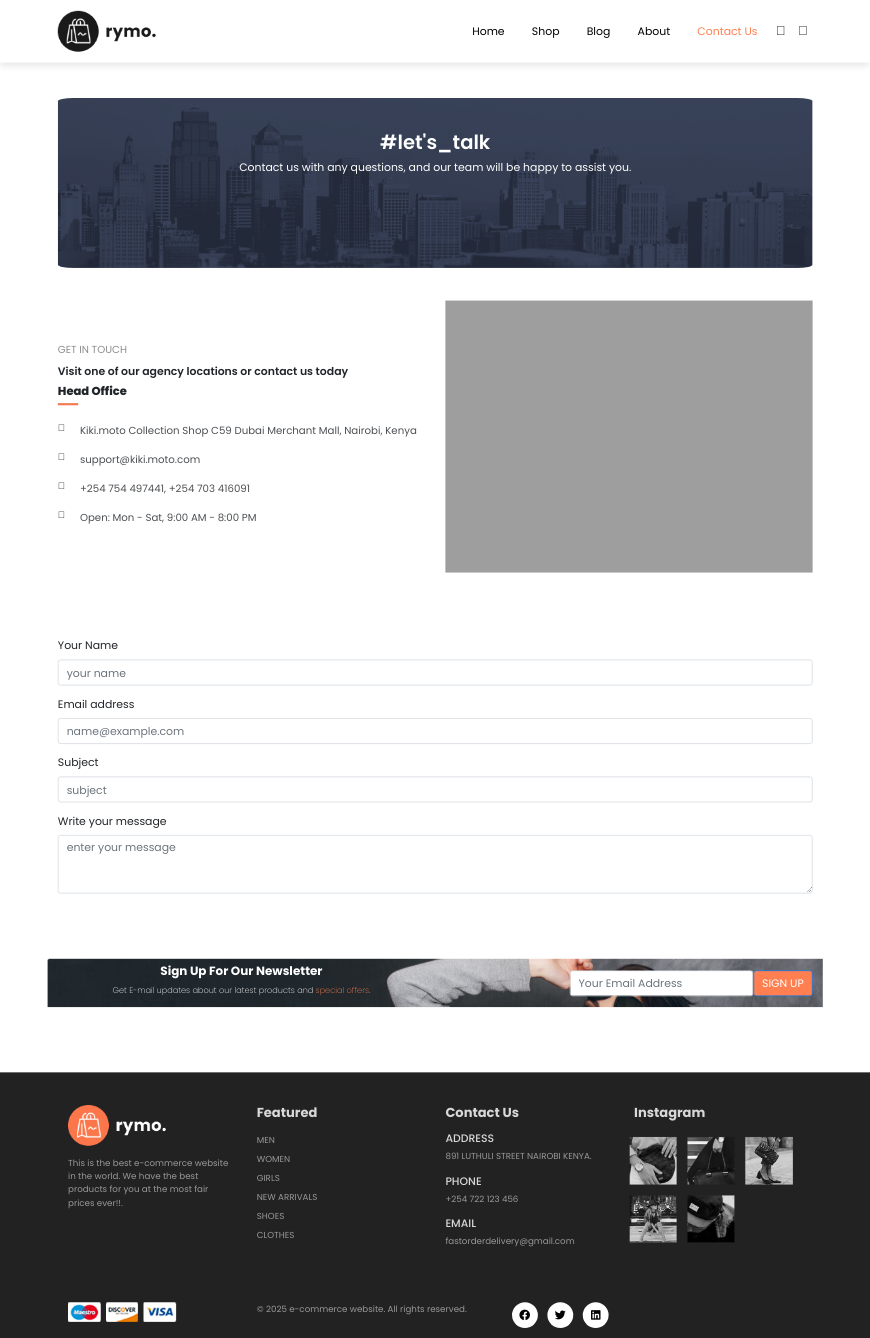
Repository: peter417waweru/e-commerce-UI
Page: contact.html
An editor plug-in stored every save of this project. The page is shown before and after the next save, followed by the edit.
The browser window is 1280 px wide. The pictures show the whole page, at 68% of full size.
Pictures or frames that could not be fetched are drawn as grey boxes. Some web libraries are served in a nearby version.

Above is the page before, as saved 2025-02-10 00:58:29.
Console error: TypeError: Cannot set properties of undefined (setting 'onclick')

### contact.html
<!DOCTYPE html>
<html lang="en">
    <head>

        <meta charset="UTF-8">
        <meta http-equiv="X-UA-Compatible" content="IE=edge">
        <meta name="viewport" content="width=device-width, initial-scale=1.0">
        <title>Ecommerce Website1</title>

        <link rel="stylesheet" href="https://cdn.jsdelivr.net/npm/bootstrap@4.1.3/dist/css/bootstrap.min.css"
        integrity="sha384-MCw98/SFnGE8fJT3GXwEOngsV7Zt27NXFoaoApmYm81iuXoPkFOJwJ8ERdknLPMO" crossorigin="anonymous">

        <link rel="stylesheet" href="https://pro.fontawesome.com/releases/v5.10.0/css/all.css" />

        <link rel="stylesheet" href="./style.css">
        <link rel="stylesheet" href="./about.css">
        <link rel="stylesheet" href="./contact.css">
    </head>

    <body>
        <nav class="navbar navbar-expand-lg navbar-light bg-white py-3 fixed-top">
            <div class="container">
              <img src="img/logo1.png" alt="">
              <button class="navbar-toggler" type="button" data-bs-toggle="collapse" data-bs-target="#navbarSupportedContent"
              aria-controls="navbarSupportedContent" aria-expanded="false" aria-label="Toggle navigation">
                <span><i id="bar" class="fas fa-bars"></i></span>
              </button>
              <div class="collapse navbar-collapse" id="navbarSupportedContent">
                <ul class="navbar-nav ml-auto">
                  <li class="nav-item">
                    <a class="nav-link " aria-current="page" href="#">Home</a>
                  </li>
                  <li class="nav-item">
                    <a class="nav-link" aria-current="page" href="shop.html">Shop</a>
                  </li>
                  <li class="nav-item">
                    <a class="nav-link" aria-current="page" href="#">Blog</a>
                  </li>
                  <li class="nav-item">
                    <a class="nav-link" aria-current="page" href="#">About</a>
                  </li>
                  <li class="nav-item">
                    <a class="nav-link active" aria-current="page" href="#">Contact Us</a>
                  </li>
                  <li class="nav-item">
                    <i class="fal fa-search"></i>
                    <i class="fal fa-shopping-bag"></i>
                  </li>


                </ul>

              </div>
            </div>
        </nav>

        <section id="page-header" class="container mt-5 pt-5">
           <div class="about-header">
            <h2 class="text-center mt-5 pt-5">#let's_talk</h2>
            <p class="text-center">Contact us with any questions, and our team will be happy to assist you.</p>
           </div>
        </section>

        <section id="contact-details" class="container mt-5">
            <div class="row d-flex align-items-center gap-4">
                <div class="details-side col-lg-6 col-md-6 col-12">
                    <span>GET IN TOUCH</span>
                    <h2>Visit one of our agency locations or contact us today</h2>
                    <h3>Head Office</h3>
                    <hr class="mt-1">
                    <li>
                        <i class="fal fa-map"></i>
                        <p>Kiki.moto Collection Shop C59
                            Dubai Merchant Mall, Nairobi, Kenya</p>
                    </li>
                    <li>
                        <i class="fal fa-envelope"></i>
                        <p>support@kiki.moto.com</p>
                    </li>
                    <li>
                        <i class="fal fa-phone-alt"></i>
                        <p>+254 754 497441,  +254 703 416091</p>
                    </li>
                    <li>
                        <i class="fal fa-clock"></i>
                        <p>Open: Mon - Sat, 9:00 AM - 8:00 PM</p>
                    </li>
                </div>
                <div class="map col-lg-6 col-md-6 col-12">
                    <iframe src="https://www.google.com/maps/embed?pb=!1m18!1m12!1m3!1d3988.
                    8308746660095!2d36.778592273500564!3d-1.2747547356105604!2m3!1f0!2f0!3f0!3m2!1i1024!2i768!4f13.1!3m3!1m2!1s0x182f1
                    9fd9b65c0ef%3A0xbac0db1b9cbf73e!2sArchives%20Tower%2C%20Nairobi!5e0!3m2!1ssw!2ske!4v1739129931160!5m2!1ssw!2ske" width="100%" height="350px" style="border:0;"
                     allowfullscreen="" loading="lazy" referrerpolicy="no-referrer-when-downgrade">
                    </iframe>
                </div>
            </div>
        </section>

        <section>
            <form action="" class="container my-5 pt-5">
                <div class="mb-3">
                    <label for="exampleFormControlInput1" class="form-label">Your Name</label>
                    <input type="email" class="form-control" id="exampleFormControlInput1" placeholder="your name">
                </div>
                <div class="mb-3">
                    <label for="exampleFormControlInput1" class="form-label">Email address</label>
                    <input type="email" class="form-control" id="exampleFormControlInput1" placeholder="name@example.com">
                </div>
                <div class="mb-3">
                    <label for="exampleFormControlInput1" class="form-label">Subject</label>
                    <input type="email" class="form-control" id="exampleFormControlInput1" placeholder="subject">
                </div>
                <div class="mb-3">
                    <label for="exampleFormControlTextarea1" class="form-label">Write your message</label>
                    <textarea class="form-control" id="exampleFormControlTextarea1" rows="3" placeholder="enter your message"></textarea>
                </div>
            </form>
        </section>

        <section id="newsletter" class="container py-5">
            <div class="row align-items-center text-center text-lg-start">
                <div class="col-lg-6 col-md-12">
                    <h4 class="mt-2">Sign Up For Our Newsletter</h4>
                    <p>Get E-mail updates about our latest products and <span>special offers</span>.</p>
                </div>
                <div class="col-lg-6 col-md-12">
                    <form class="d-flex justify-content-center justify-content-lg-end">
                        <input type="email" class="form-control w-50 me-2" placeholder="Your Email Address">
                        <button class="btn btn-primary">Sign Up</button>
                    </form>
                </div>
            </div>
        </section>

        <footer class="mt-5">
            <div class="row container mx-auto pt-5">
              <div class="footer-one col-lg-3 col-md-6 col-12">
                <img src="img/logo2.png" alt="">
                <p class="pt-3">This is the best e-commerce website in the world.
                   We have the best products for you at the most fair prices ever!!.</p>
              </div>
              <div class="footer-one col-lg-3 col-md-6 col-12">
                <h4 class="pb-2">Featured</h4>
                <ul class="text-uppercase list-unstyled">
                  <li><a href="#">men</a></li>
                  <li><a href="#">women</a></li>
                  <li><a href="#">girls</a></li>
                  <li><a href="#">new arrivals</a></li>
                  <li><a href="#">shoes</a></li>
                  <li><a href="#">clothes</a></li>
                </ul>
              </div>
              <div class="footer-one col-lg-3 col-md-6 col-12 mb-3">
                <h4 class="pb-2">Contact Us</h4>
                <div>
                  <h6 class="text-uppercase">Address</h6>
                <p>891 LUTHULI STREET NAIROBI KENYA.</p>
                </div>
                <div>
                  <h6 class="text-uppercase">Phone</h6>
                <p>+254 722 123 456</p>
                </div>
                <div>
                  <h6 class="text-uppercase">Email</h6>
                <p>fastorderdelivery@gmail.com</p>
                </div>
              </div>
              <div class="footer-one col-lg-3 col-md-6 col-12 mb-3">
                <h4 class="pb-2">Instagram</h4>
                <div class="row">
                  <img class="img-fluid w-25 h-100 m-2" src="img/insta/1.jpg" alt="">
                  <img class="img-fluid w-25 h-100 m-2" src="img/insta/2.jpg" alt="">
                  <img class="img-fluid w-25 h-100 m-2" src="img/insta/3.jpg" alt="">
                  <img class="img-fluid w-25 h-100 m-2" src="img/insta/4.jpg" alt="">
                  <img class="img-fluid w-25 h-100 m-2" src="img/insta/5.jpg" alt="">
                </div>
              </div>
            </div>
            <div class="copyright mt-5">
              <div class="row container mx-auto">
                <div class="col-lg-3 col-md-6 col-12 mb-4">
                  <img class="img-fluid" src="img/payment.png" alt="">
                </div>
                <div class="col-lg-4 col-md-6 col-12 text-nowrap mb-2">
                  <p>© 2025 e-commerce website. All rights reserved.</p>
                </div>
                <div class="col-lg-4 col-md-6 col-12">
                  <a href="#"><i class="fab fa-facebook"></i></a>
                  <a href="#"><i class="fab fa-twitter"></i></a>
                  <a href="#"><i class="fab fa-linkedin"></i></a>
                </div>
              </div>
            </div>
        </footer>
    </body>

    <script src="https://cdn.jsdelivr.net/npm/@popperjs/core@2.9.1/dist/umd/popper.min.js"
        integrity="sha384-SR1sx49pcuLnqZUnnPwx6FCym0wLsk5JZuNx2bPPENzswTNFaQU1RDvt3wT4gWFG"
        crossorigin="anonymous">
    </script>
    <script src="https://cdn.jsdelivr.net/npm/bootstrap@5.0.0-beta3/dist/js/bootstrap.min.js"
        integrity="sha384-j0CNLUeiqtyaRmlzUHCPZ+Gy5fQu0dQ6eZ/xAww941Ai1SxSY+0EQqNXNE6DZiVc"
        crossorigin="anonymous">
    </script>
    <script src="scripts.js"></script>
</html>

### style.css
@import url("https://fonts.googleapis.com/css2?family=Poppins:wght@100;200;300;400;500;600;700;800;900&display=swap");
* {
  margin: 0;
  padding: 0;
  box-sizing: border-box;
}

body {
  font-family: "Poppins", sans-serif;
}

h1 {
  font-size: 2.5rem;
  font-weight: 700;
}

h2 {
  font-size: 1.8rem;
  font-weight: 600;
}

h3 {
  font-size: 1.4rem;
  font-weight: 800;
}

h4 {
  font-size: 1.1rem;
  font-weight: 600;
}

h5 {
  font-size: 1rem;
  font-weight: 400;
  color: #1d1d1d;
}

h6 {
  color: #d8d8d8;
}

hr {
  width: 30px;
  height: 2px;
  background-color: #fb774b;
}

.star {
  padding: 10px 0;
}

.star i{
  font-size: 0.8rem;
  color: goldenrod;
}

button {
  font-size: 0.8rem;
  font-weight: 700;
  outline: none;
  border: none;
  background-color: #1d1d1d;
  color: aliceblue;
  padding: 13px 30px;
  cursor: pointer;
  text-transform: uppercase;
  transition: 0.3s ease;
}

button:hover {
  background-color: #3a3833;
}

hr {
  width: 30px;
  height: 2px;

}

.navbar {
  font-size: 16px;
  background-color: #d8d8d8;
  top: 0;
  left: 0;
  box-shadow: 0 5px 10px rgba(0, 0, 0, 0.1);
}

.navbar-light .navbar-nav .nav-link{
  padding: 0 20px;
  color: black;
  transition: 0.3s ease;
}

.navbar-light .navbar-nav .nav-link:hover,
.navbar i:hover,
.navbar-light .navbar-nav .nav-link.active,
.navbar i.active
{
  color: coral;
}



.navbar i{
  font-size: 1.2rem;
  padding: 0 7px;
  cursor: pointer;
  transition: 0.3s ease;
}

/* Mobile Nav*/


.navbar-light .navbar-toggler{
  border: none;
  outline: none;
}

#bar {
  font-size: 1.5rem;
  padding: 7px;
  cursor: pointer;
  font-weight: 500;
  color: black;
  transition: 0.3s ease;
}

#bar:hover,
#bar.active{
  color: #fff;
}

@media only screen and (max-width: 990px) {

  body > nav > div > button:hover ,
  body > nav > div > button:focus {
    background-color: #fb774b;
  }

  body > nav > div > button:hover #bar,
  body > nav > div > button:focus #bar {
    background-color: #fb774b;
  }

  #navbarSupportedContent > ul {
    margin: 1rem;
    justify-content: flex-end;
    align-items: flex-end;
    text-align: right;
  }

  #navbarSupportedContent > ul > li:nth-child(n) > a {
    padding: 10px 0;
  }
}


#home {
  background-image: url("img/back.jpg");
  width: 100%;
  height: 100vh;
  background-size: cover;
  background-position: top 70px center;
  display: flex;
  flex-direction: column;
  align-items: flex-start;
  justify-content: center;

}

#home span{
  color: coral;
}

#new .one img{
  width: 100%;
  height: 100%;
  background-position: center center;
  background-repeat: no-repeat;
  background-size: cover;
  position: relative;
}


#new .row .one .details{
  position: absolute;
  width: 100%;
  height: 100%;
  top: 0;
  left: 0;
  transition: 0.3s ease;
}

#new .row .one:hover .details{
  cursor: pointer;
  background-color: rgba(255, 178, 178, 0.8);
}

#new .row .one .details button{
 display: inline-block;
 font-size: 14px;
 font-weight: 500;
 color: #2a2a2a;
 background: none;
 text-transform: uppercase;
 border-bottom: 1px solid #2a2a2a;
 padding: 1.5px;
 transform: translateY(70px);
 transition: 0.3s ease;
}

#new .row .one .details button:hover{
  cursor: pointer;
  color: #fff;
  border-bottom: 1px solid #fff;
}

#new .row .one:nth-child(1) .details{
  display: flex;
  justify-content: center;
  flex-direction: column;
  align-items: flex-start;
  text-align: start;
}

#new .row .one:nth-child(2) .details{
  display: flex;
  justify-content: center;
  flex-direction: column;
  align-items: center;
  text-align: center;
}

#new .row .one:nth-child(3) .details{
  display: flex;
  justify-content: center;
  flex-direction: column;
  align-items: flex-end;
  text-align: end;
}

/*Products*/

.product {
  cursor: pointer;
  margin-bottom: 2rem;
}

.product img{
  transition: 0.3s all;

}

.product img:hover{
  opacity: 0.7;
}

.product .buy-btn{
  background: #fb774b;
  transform: translateY(20px);
  opacity: 0;
  transition: 0.3s all;
}
.product:hover .buy-btn{
  transform: translateY(0px);
  opacity: 1;
}

#banner {
  background-image: url("img/banner/2.jpg");
  width: 100%;
  height: 60vh;
  background-size: cover;
  background-position: top 70px center;
  background-repeat: no-repeat;
  background-attachment: fixed;
  display: flex;
  flex-direction: column;
  align-items: flex-start;
  justify-content: center;
}

#banner h4{
  color: #D8D8D8;
}

#banner h1{
  color: #D8D8D8;
}

#banner button{
  background-color: #fb774b;
}

footer{
  background-color: #222222;
}

footer h4 {
  color: #D8D8D8;
  font-size: 1.2rem;
  font-weight: 700;
}

footer li {
  padding-bottom: 4px;
}

footer li a {
  font-size: 0.8rem;
  color: #999;
}

footer li a:hover {
  color: #D8D8D8;
}

footer p{
  color: #999;
  font-size: 0.8rem;
}

footer .copyright a{
  color: #000;
  width: 38px;
  height: 38px;
  background-color: #fff;
  display: inline-block;
  text-align: center;
  line-height: 38px;
  border-radius: 50%;
  transition: 0.3s ease;
  margin: 0 5px;

}

footer .copyright a:hover{
  color: #fff;
  background-color: #fb774b;
}

### about.css
#page-header .about-header{
    background-image: url("img/about/banner.png");
    background-position: center;
    background-size: cover;
    width: 100%;
    height: 250px;
    border-radius: 2%;
}

#page-header .about-header h2,
#page-header .about-header p{
    color: #fff;
}

#about-app .video{
    width: 70%;
    height: 100%;
    margin: 30px auto 0 auto;
}

#about-app .video video{
    width: 100%;
    height: 100%;
    border-radius: 20px;
}

#newsletter .row{
    background-image: url("img/banner/1.jpg");
}

#newsletter .row h4{
    color: #fff;
    font-weight: bold;
}

#newsletter .row p{
    color: #fff;
    font-weight: 200;
    font-size: 12px;
}

#newsletter .row p span{
    color: coral;
    font-weight: 250;
}

#newsletter .row p span:hover{
    cursor: pointer;
    color: #8d8d8d;
}

#newsletter .row button{
    background-color: coral;
}

#newsletter .row button:hover{
    background-color: #8d8d8d;

}

@media (max-width: 768px){
    #newsletter .row{
        margin: 0 auto 0 auto;
        padding-bottom: 20px;
    }
}

### contact.css
#contact-details .details-side span{
    color: #8d8d8d;
    font-size: 15px;
}

#contact-details .details-side h2{
    margin-top: 10px;
    columns: black;
    font-size: 16px;
}

#contact-details .details-side h3{
    margin-top: 10px;
    columns: black;
    font-size: 17px;
}

#contact-details .details-side li{
    list-style-type: none;
    display: flex;
    padding: 10px 0;
}

#contact-details .details-side li i{
    font-size: 14px;
    padding-right: 22px;
}
#contact-details .details-side li p{
    margin: 0;
    font-size: 15px;
    opacity: 0.8;
}

#contact-details .details-side li p:hover{
    color: coral;
    cursor: pointer;
    font-weight: 300;
}

#contact-details .map{
    width: 55%;
    height: 400px;
}

#contact-details .map iframe{
    width: 100%;
    height: 100%;
}

### scripts.js
var MainImg = document.getElementById('MainImg');
var SmallImg = document.getElementsByClassName('small-img');

SmallImg[0].onclick = function(){
    MainImg.src = SmallImg[0].src;
}
SmallImg[1].onclick = function(){
    MainImg.src = SmallImg[1].src;
}
SmallImg[2].onclick = function(){
    MainImg.src = SmallImg[2].src;
}
SmallImg[3].onclick = function(){
    MainImg.src = SmallImg[3].src;
}

After the next save:
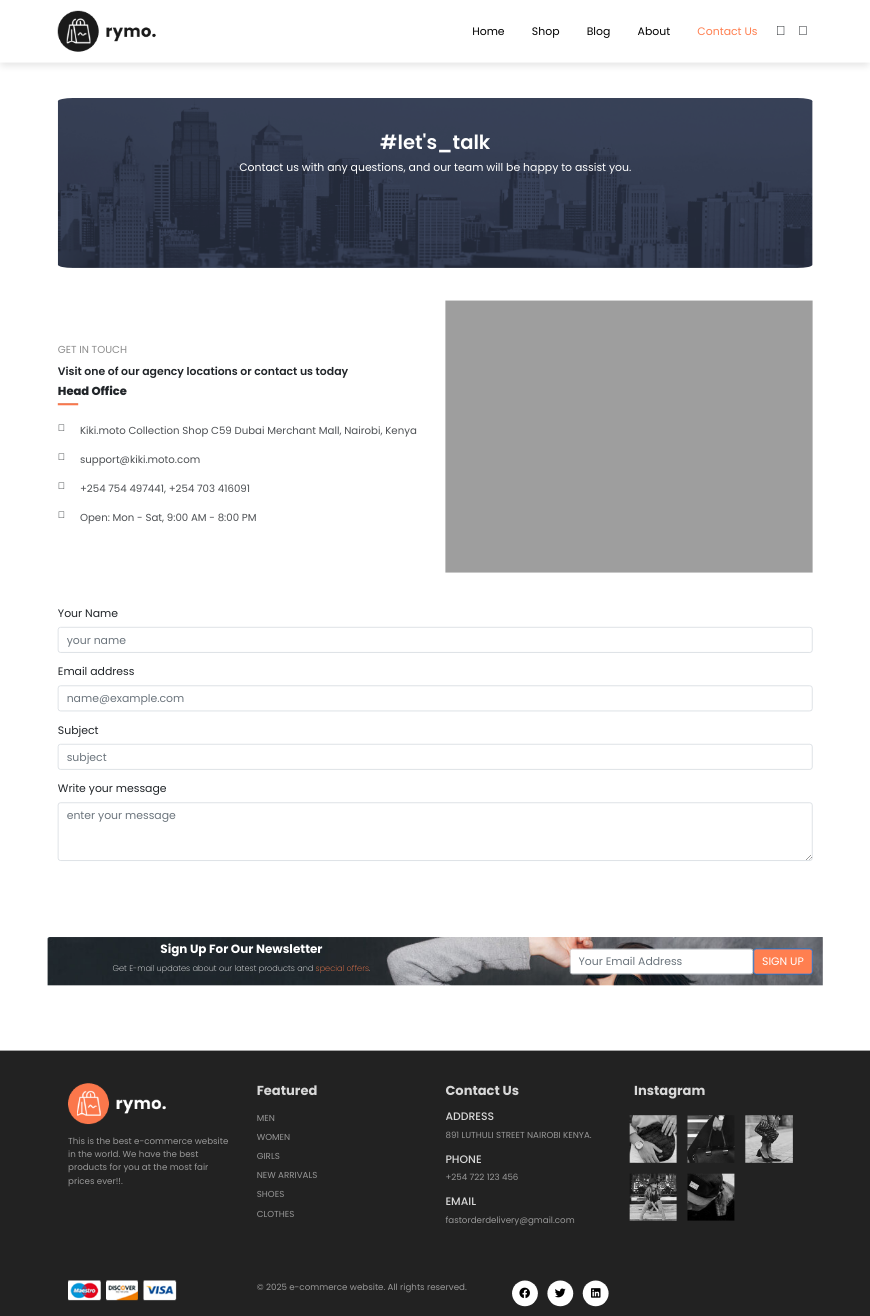
Saved 4 min 4 s later.
--- a/contact.html
+++ b/contact.html
@@ -96,25 +96,28 @@
             </div>
         </section>
 
-        <section>
-            <form action="" class="container my-5 pt-5">
-                <div class="mb-3">
-                    <label for="exampleFormControlInput1" class="form-label">Your Name</label>
-                    <input type="email" class="form-control" id="exampleFormControlInput1" placeholder="your name">
-                </div>
-                <div class="mb-3">
-                    <label for="exampleFormControlInput1" class="form-label">Email address</label>
-                    <input type="email" class="form-control" id="exampleFormControlInput1" placeholder="name@example.com">
-                </div>
-                <div class="mb-3">
-                    <label for="exampleFormControlInput1" class="form-label">Subject</label>
-                    <input type="email" class="form-control" id="exampleFormControlInput1" placeholder="subject">
-                </div>
-                <div class="mb-3">
-                    <label for="exampleFormControlTextarea1" class="form-label">Write your message</label>
-                    <textarea class="form-control" id="exampleFormControlTextarea1" rows="3" placeholder="enter your message"></textarea>
-                </div>
-            </form>
+        <section id="form" class="container my-4 py-4">
+            <div>
+                <div>
+                    <div class="mb-3">
+                        <label for="exampleFormControlInput1" class="form-label">Your Name</label>
+                        <input type="email" class="form-control" id="exampleFormControlInput1" placeholder="your name">
+                    </div>
+                    <div class="mb-3">
+                        <label for="exampleFormControlInput1" class="form-label">Email address</label>
+                        <input type="email" class="form-control" id="exampleFormControlInput1" placeholder="name@example.com">
+                    </div>
+                    <div class="mb-3">
+                        <label for="exampleFormControlInput1" class="form-label">Subject</label>
+                        <input type="email" class="form-control" id="exampleFormControlInput1" placeholder="subject">
+                    </div>
+                    <div class="mb-3">
+                        <label for="exampleFormControlTextarea1" class="form-label">Write your message</label>
+                        <textarea class="form-control" id="exampleFormControlTextarea1" rows="3" placeholder="enter your message"></textarea>
+                    </div>
+                </div>
+                <div></div>
+            </div>
         </section>
 
         <section id="newsletter" class="container py-5">
